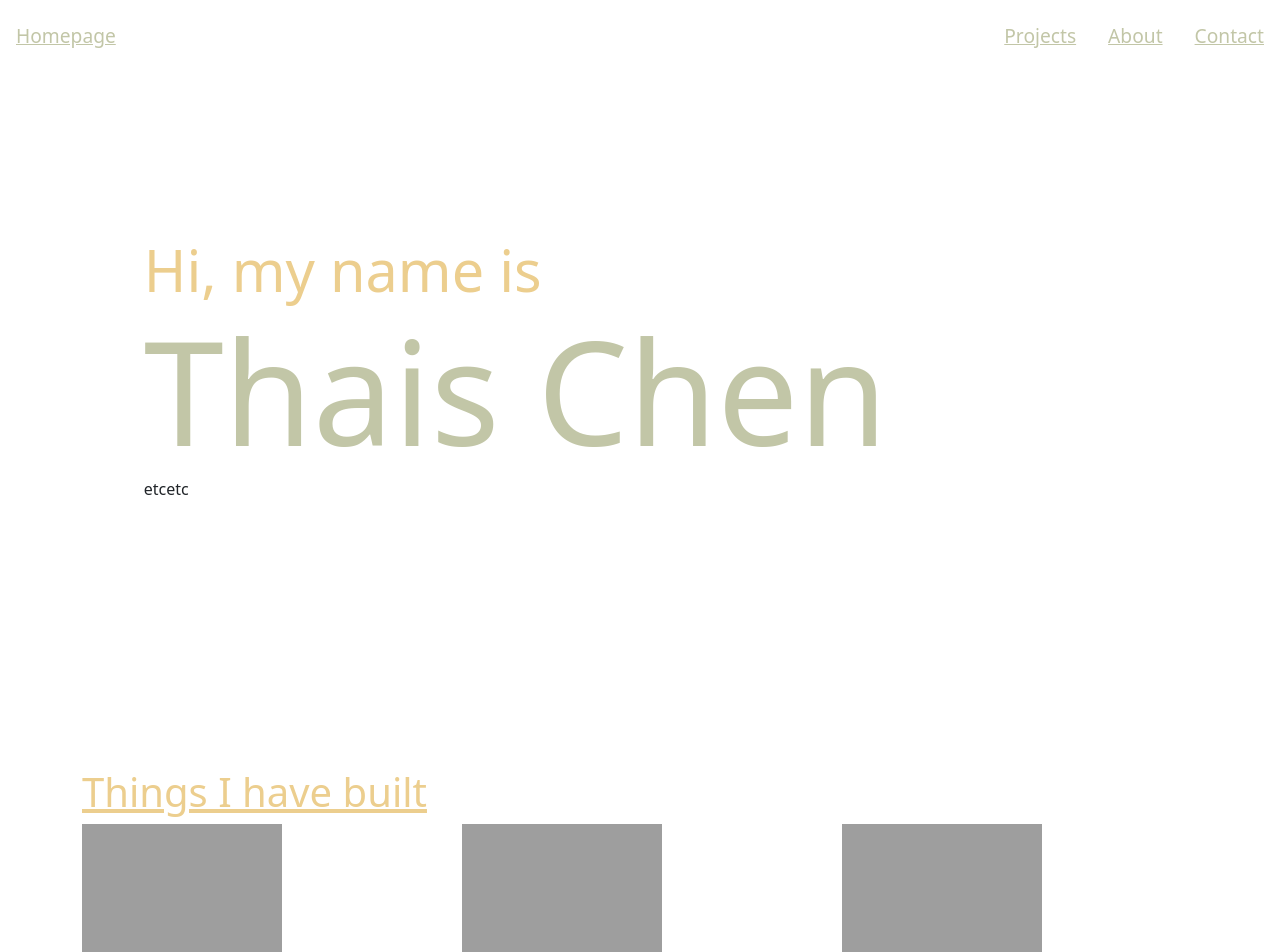
Repository: thais-chen/Portfolio
Page: index.html
These files come from the project's save history. The page is drawn as it stood at one moment and after a run of saves; the edit follows.
The browser window is 1280 px wide. The pictures show the part of the page from y = 0 to 952 px (the page is 1343 px tall).
Pictures or frames that could not be fetched are drawn as grey boxes.

Above is the page before, as saved 2022-06-17 19:35:29.

After the next 2 saves:
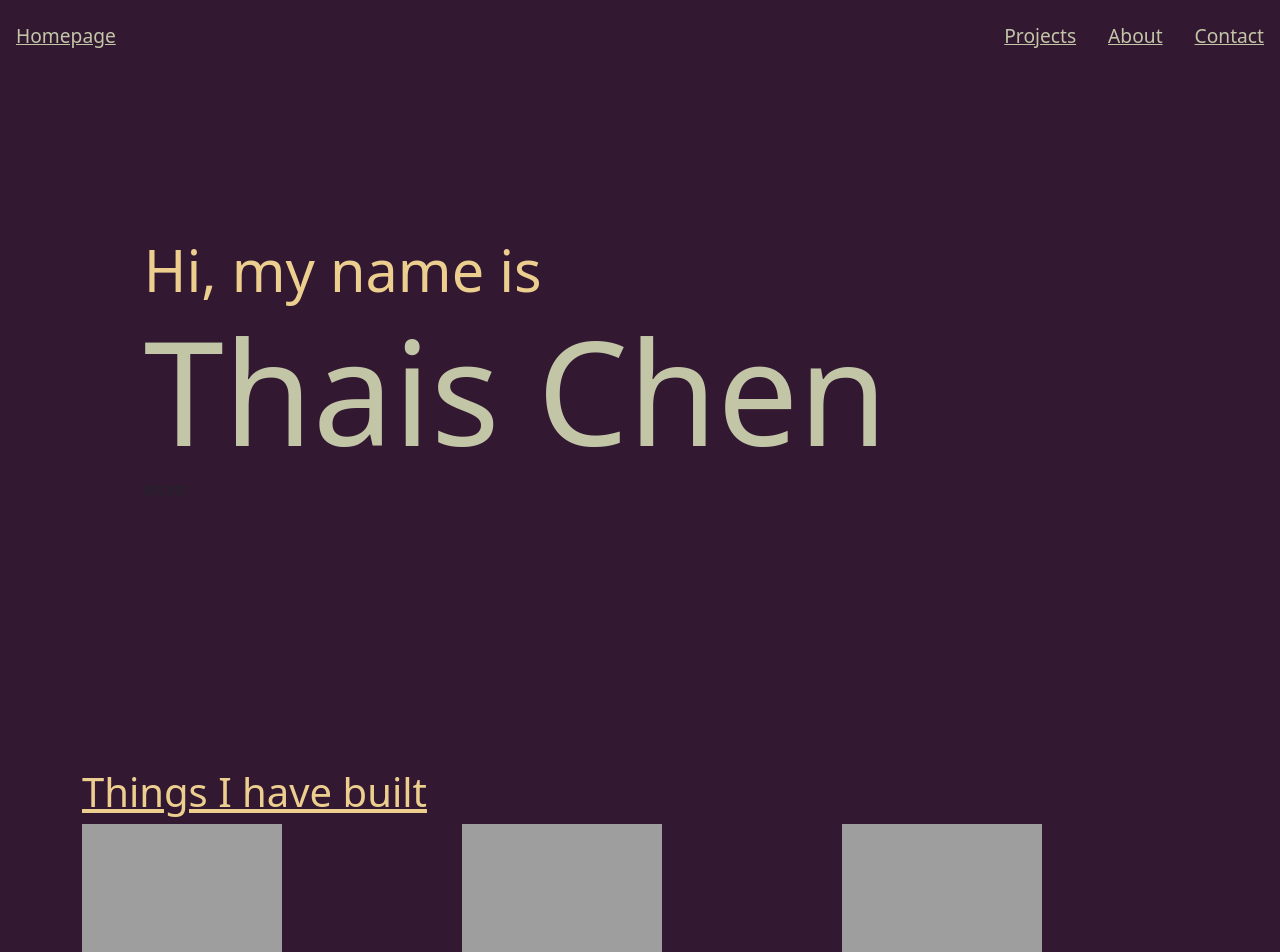
The 2 saves are shown as one change because they came seconds apart.
The last was saved 8 s later.
--- a/style.css
+++ b/style.css
@@ -1,7 +1,9 @@
 section{
     margin: 2rem;
 }
-body
+body{
+    background-color: #331832;
+}
 /*navbar*/
 .navbar{
     display: block;
